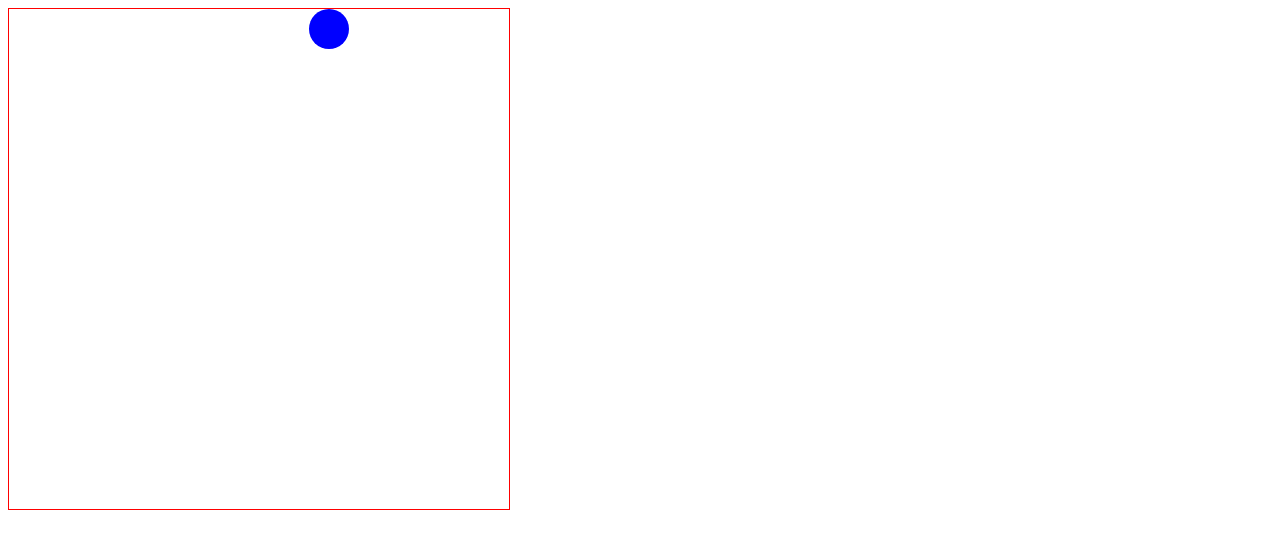
Repository: huynhsang96/CaseJS
Page: Demo_case/index.html
The author's editor kept a copy of each file at every save. The page is drawn from the files as they stood at one save, then again after the next save.
The browser window is 1280 px wide. The pictures show the whole page.

Above is the page before, as saved 2022-02-14 11:02:24.

### Demo_case/index.html
<!DOCTYPE html>
<html lang="en">
<head>
    <meta charset="UTF-8">
    <meta http-equiv="X-UA-Compatible" content="IE=edge">
    <meta name="viewport" content="width=device-width, initial-scale=1.0">
    <title>Document</title>
</head>
<body>
    <canvas id="myCanvas" width="500" height="500" style="border:1px solid red;">
        <script src="./ball.js"></script>
        <script src="./main.js"></script>

    <script>

    </script>
</body>
</html>

### Demo_case/ball.js
class Ball{
    constructor(x, y, radius, color){
        this.x = x;
        this.y = y;
        this.radius = radius;
        this.color = color;
        this.canvas = document.getElementById("myCanvas");
        this.ctx = this.canvas.getContext('2d');
    }

    draw(){
        this.ctx.beginPath();
        this.ctx.fillStyle = this.color;
        this.ctx.arc(this.x, this.y, this.radius, 0, Math.PI * 2)
        this.ctx.fill();
        this.ctx.closePath()
    }

    // move(){
    //     this.ctx.clearRect(0,0,this.canvas.Width,this.canvas.height); // xóa canvas
    //     this.draw();
    //     this.x += 5;
    //     requestAnimationFrame(this.move);
    // }
}

### Demo_case/main.js
// let ball1 = new Ball(20,20,20,"blue")
// ball1.draw();
// ball1.move();

const canvas = document.getElementById("myCanvas");
const ctx = canvas.getContext("2d");

let x = 20;
let y = 20;
let radius = 20;

let dx = 1;
// let dy = 2;

function draw(){
    ctx.beginPath();
    ctx.arc(x,y,radius,0,Math.PI*2);
    ctx.fillStyle = "blue";
    ctx.fill();
    ctx.closePath();
}
draw()

function move(){
    ctx.clearRect(0,0,canvas.width,canvas.height);
    draw()

    if(x+radius > canvas.width || (x+radius) < (x+radius)){
        dx = -dx
    }

    x += dx;
    // y += dy;

    requestAnimationFrame(move)
}

move()

After the next save:
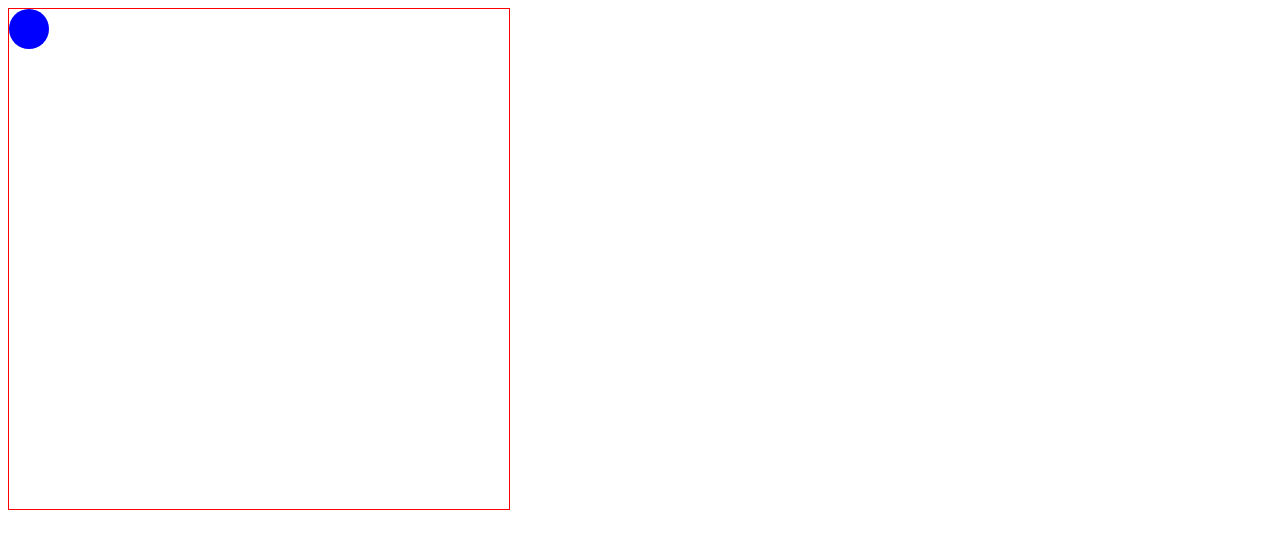
Console error: TypeError: Assignment to constant variable.
Saved 62 s later.
--- a/Demo_case/main.js
+++ b/Demo_case/main.js
@@ -5,8 +5,8 @@
 const canvas = document.getElementById("myCanvas");
 const ctx = canvas.getContext("2d");
 
-let x = 20;
-let y = 20;
+const x = 20;
+const y = 20;
 let radius = 20;
 
 let dx = 1;

After the save that followed:
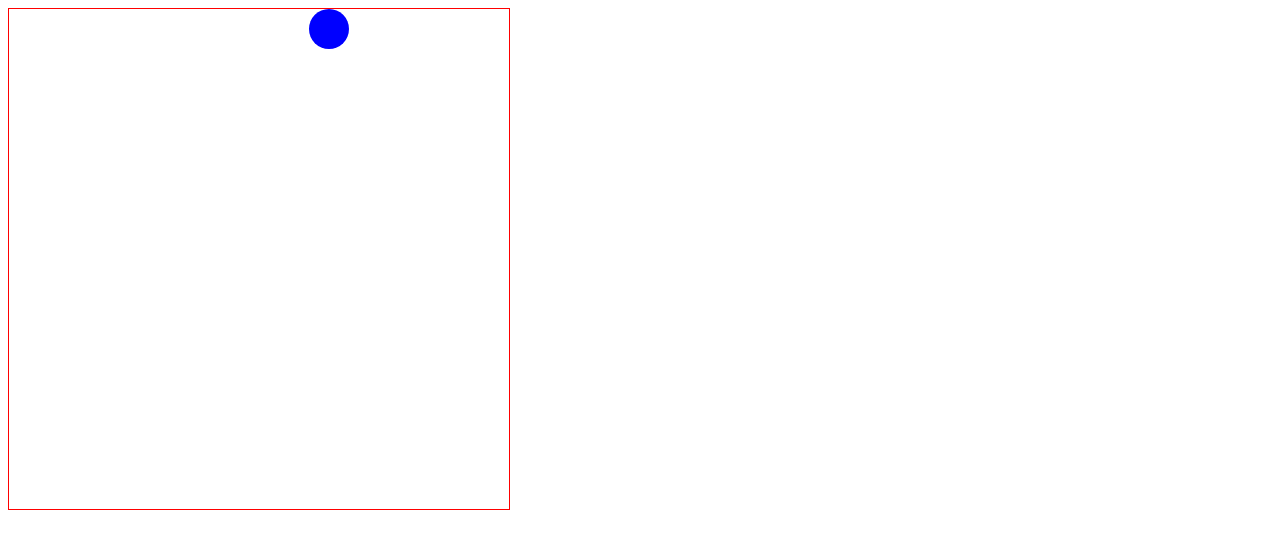
The error is gone.
Saved 22 s later.
--- a/Demo_case/main.js
+++ b/Demo_case/main.js
@@ -5,8 +5,8 @@
 const canvas = document.getElementById("myCanvas");
 const ctx = canvas.getContext("2d");
 
-const x = 20;
-const y = 20;
+let x = 20;
+let y = 20;
 let radius = 20;
 
 let dx = 1;
